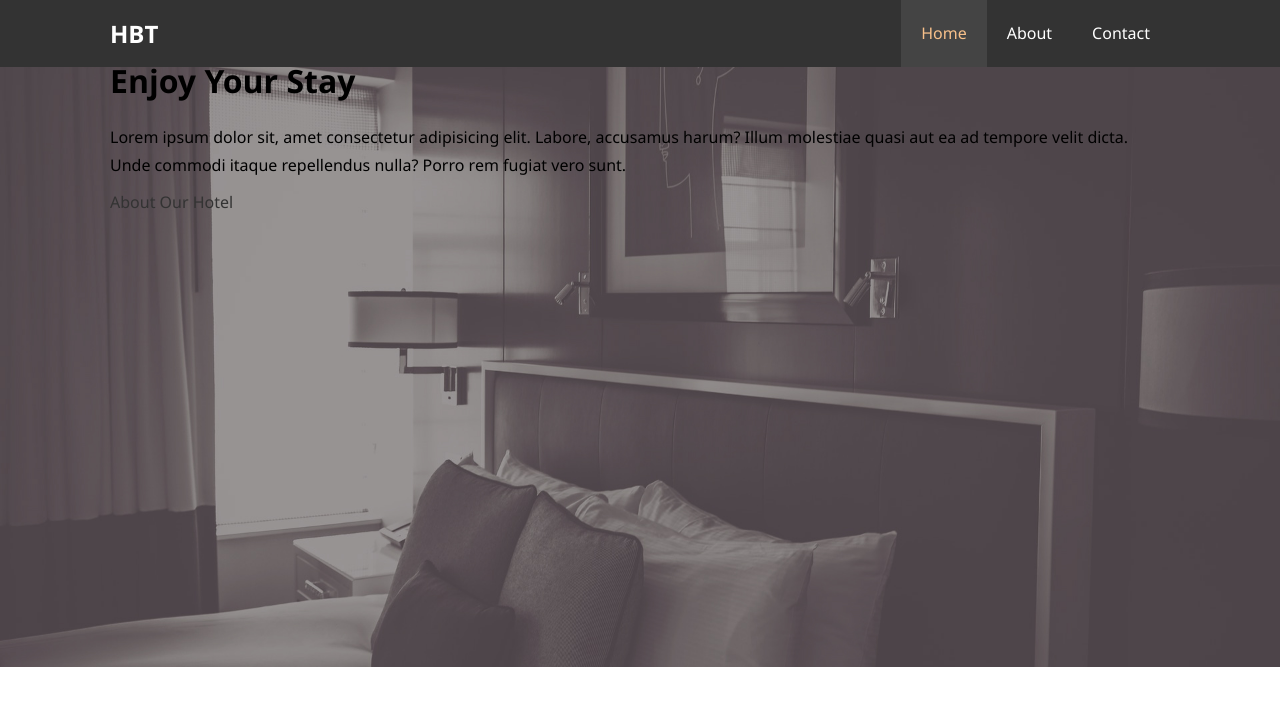
Repository: minhtien9/hotel-website
Page: index.html
These files come from the project's save history. The page is drawn as it stood at one moment and after the next save; the edit follows.
The browser window is 1280 px wide. The pictures show the whole page.

Above is the page before, as saved 2021-08-14 11:34:34.

After the next save:
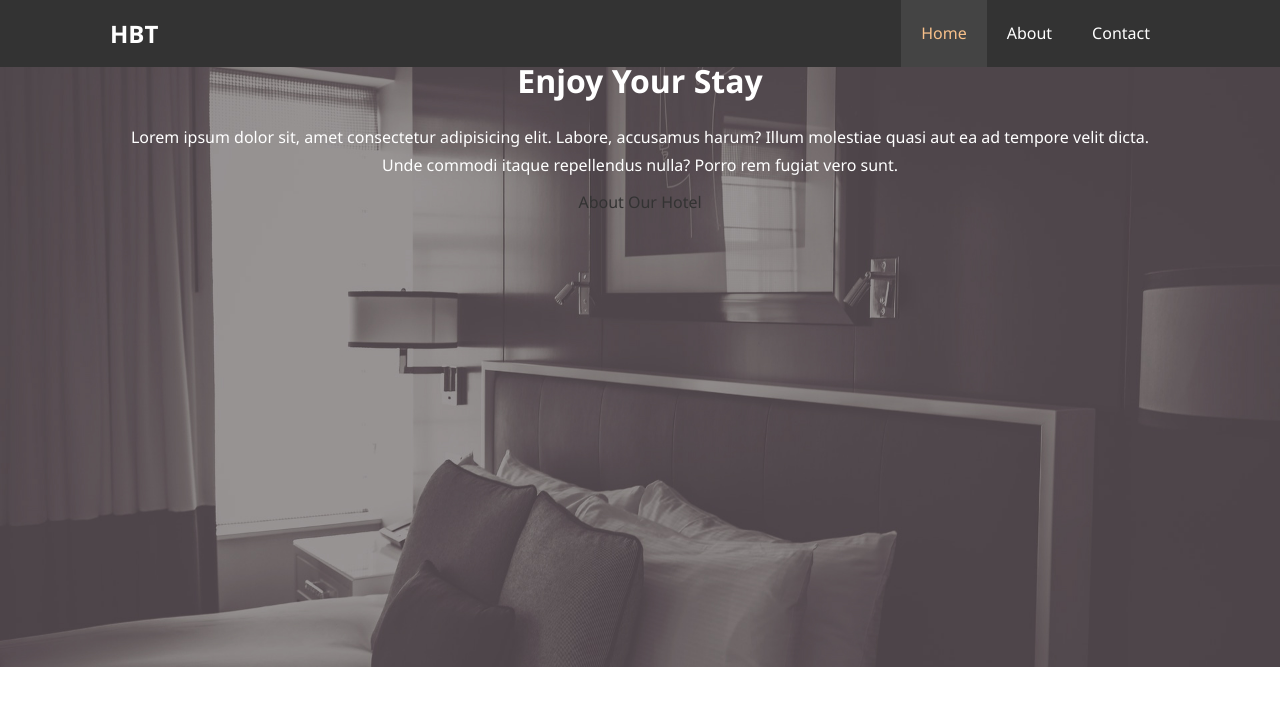
Saved 41 s later.
--- a/css/style.css
+++ b/css/style.css
@@ -86,3 +86,8 @@ p {
     background: url('../img/showcase.jpg') no-repeat center center/cover;
     height: 600px;
 }
+
+#showcase .showcase-content {
+    color: #fff;
+    text-align: center;
+}
